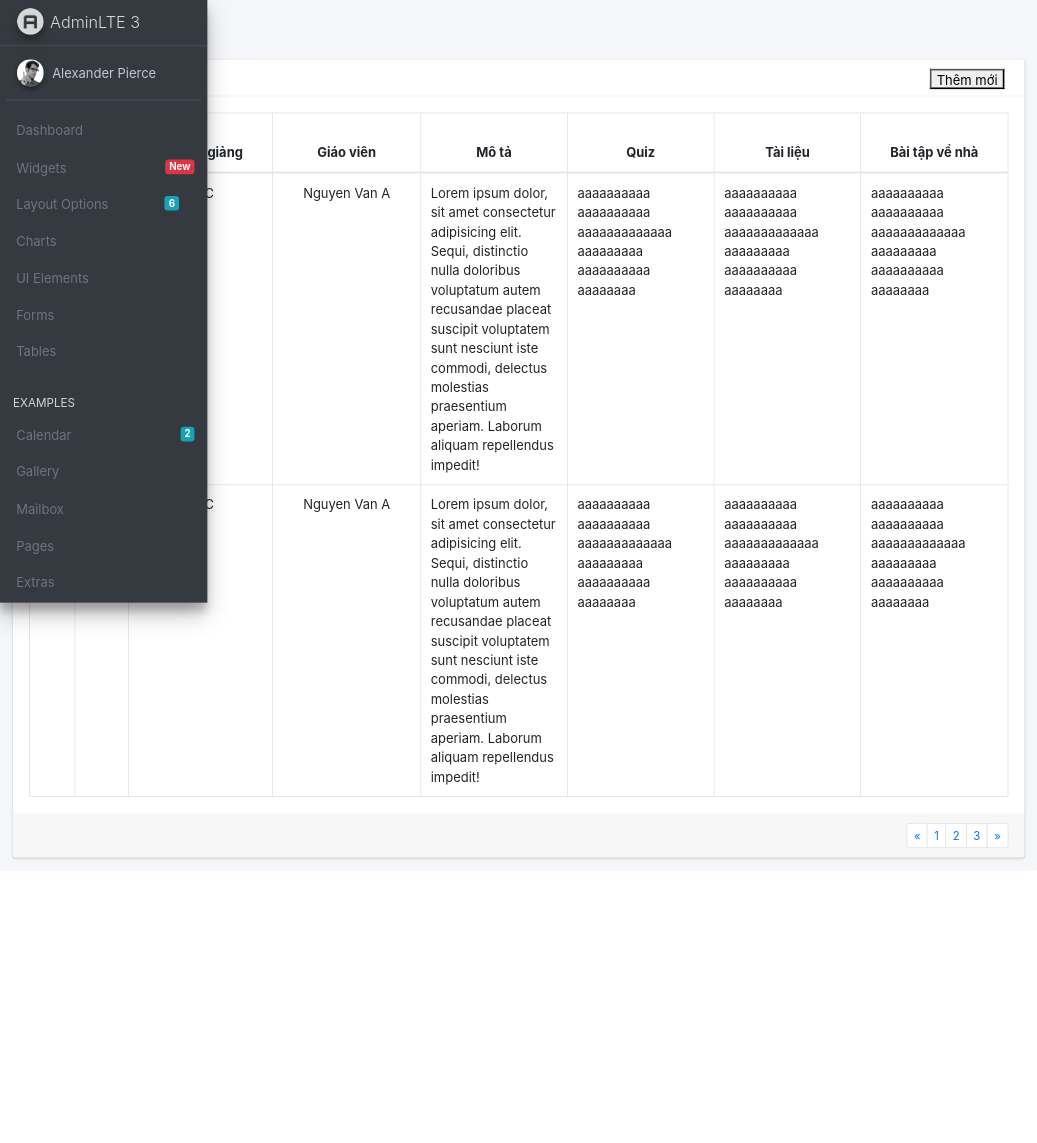
Repository: huyennvo/table
Page: http://localhost/table/lessons
The author's editor kept a copy of each file at every save. The page is drawn from the files as they stood at one save, then again after the next save.
The browser window is 1280 px wide. The pictures show the whole page, at 81% of full size.
Some web fonts or font styles are not loaded; a fallback is used. The page is served by the project's Laravel application, run on PHP 8.4 with Laravel 8.

Above is the page before, as saved 2022-08-12 16:28:13.

After the next save:
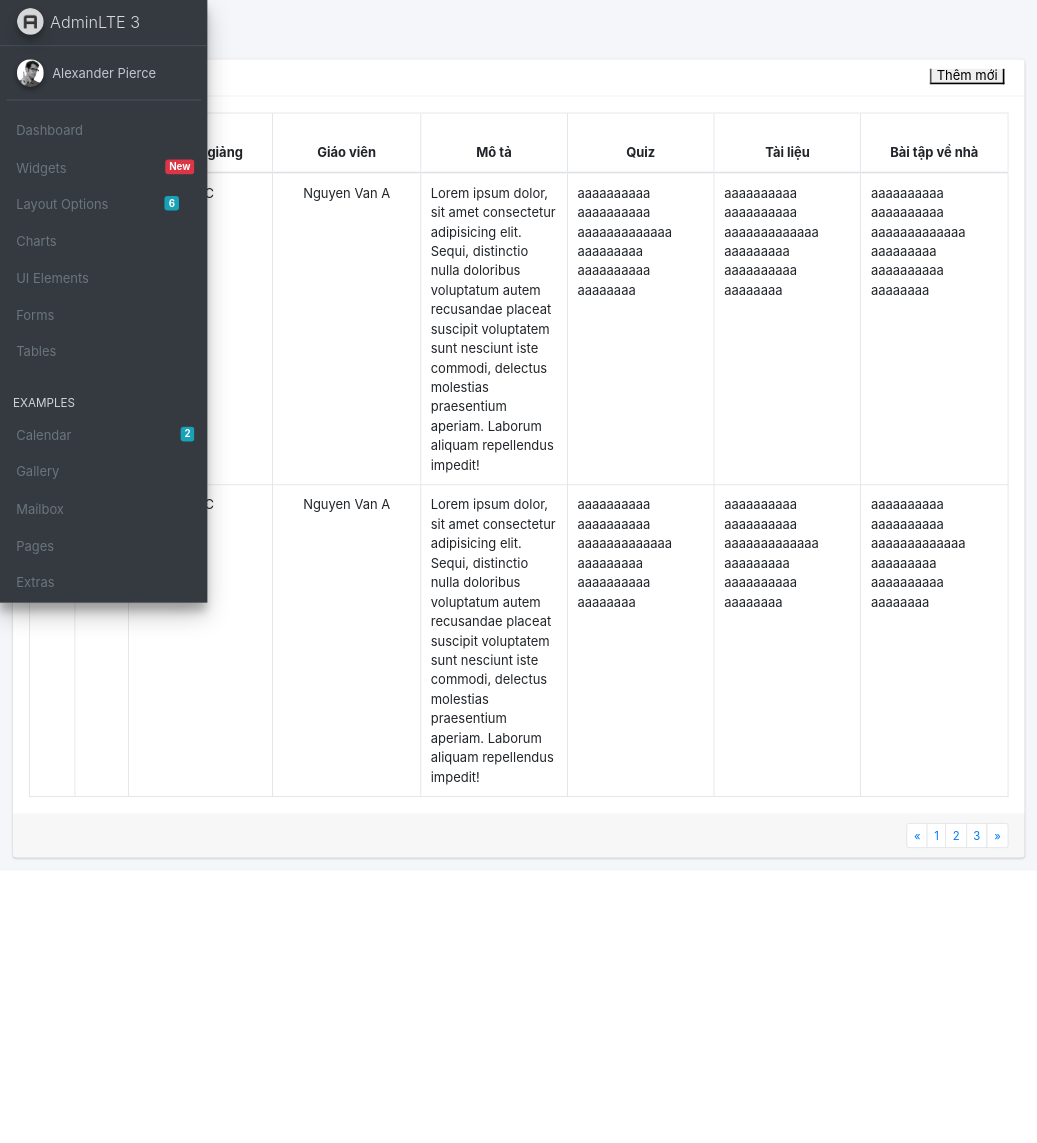
Saved 17 s later.
--- a/resources/views/lessons.blade.php
+++ b/resources/views/lessons.blade.php
@@ -9,7 +9,7 @@
             <div class="card">
               <div class="card-header">
                 <h3 class="card-title">Bài giảng</h3>
-                <button style="position: absolute;  right: 2%; line-height: 15px; padding-top: 5px">Thêm mới</button>
+                <button style="position: absolute;  right: 2%; line-height: 15px; border-top: 5px">Thêm mới</button>
               </div>
               <!-- /.card-header -->
               <div class="card-body">
